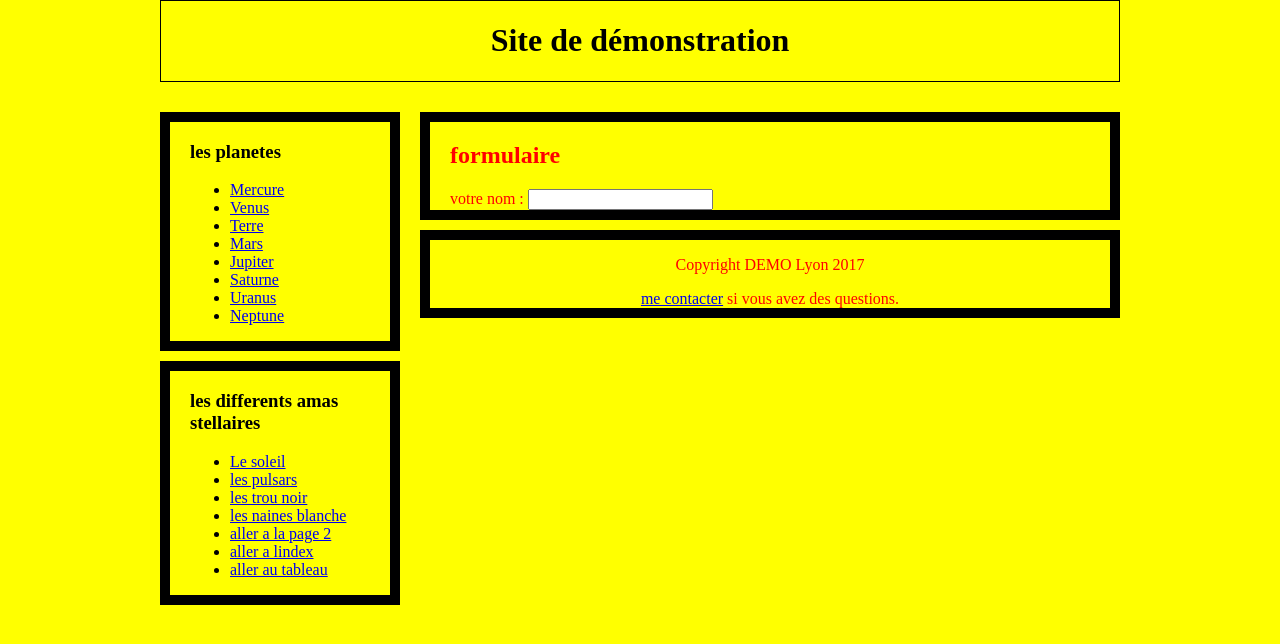
Repository: Poulpyto/fitec
Page: workspaceHtmlFlo/ModelePage1Flo/WebContent/formulaire.html
An editor plug-in stored every save of this project. The page is shown before and after the next save, followed by the edit.
The browser window is 1280 px wide. The pictures show the whole page.

Above is the page before, as saved 2017-04-04 14:28:31.

After the next save:
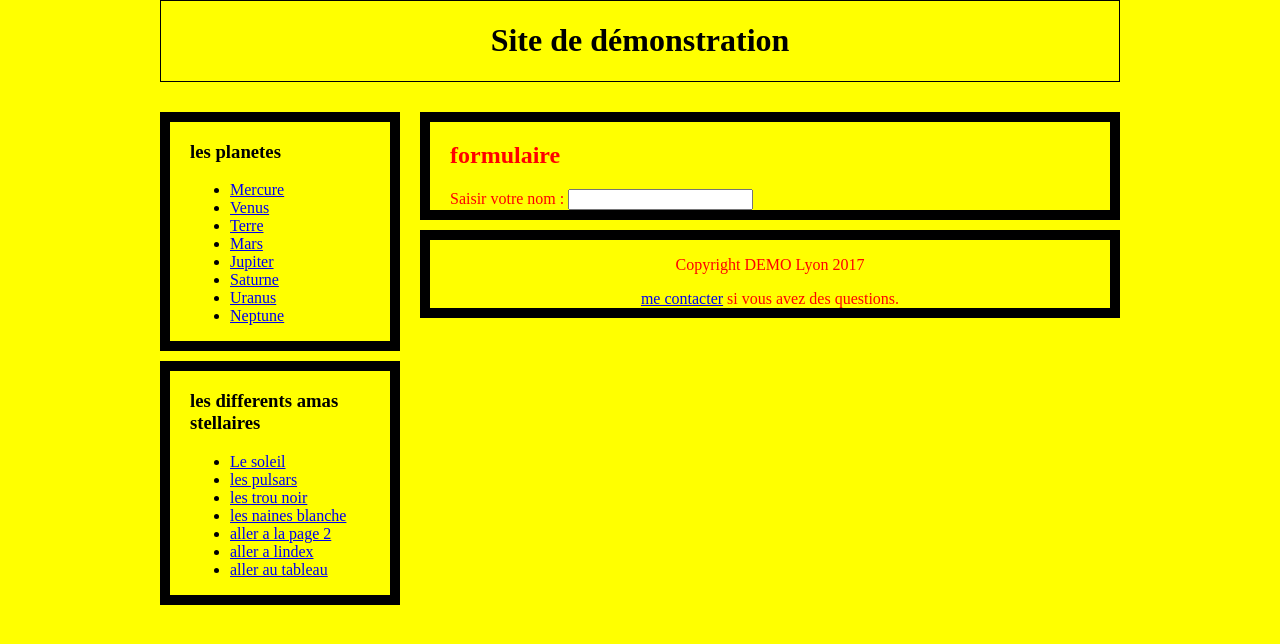
Saved 96 s later.
--- a/workspaceHtmlFlo/ModelePage1Flo/WebContent/formulaire.html
+++ b/workspaceHtmlFlo/ModelePage1Flo/WebContent/formulaire.html
@@ -43,7 +43,10 @@
 		<div class="block">
 			<h2>formulaire</h2>
 			<form method = "post" action="#">
-			votre nom : <input name = "nom"/>
+			<label for="nom">Saisir votre nom :</label>
+			<input type="text" name="nom" id="nom"/>
+			<br/>
+
 		</div>
 	<div class="block footer">
 		<p> Copyright DEMO Lyon 2017</p>
